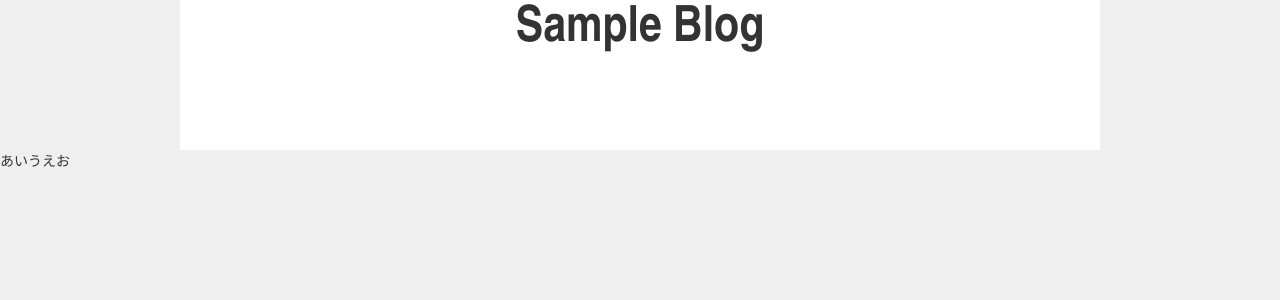
Repository: adahiroOno/front5
Page: html/ouyou/index.html
The author's editor kept a record of every edit. The page is drawn from the files as they stood at one moment, then again after the next edit.
The browser window is 1280 px wide. The pictures show the whole page.

Above is the page before.

After the next edit:
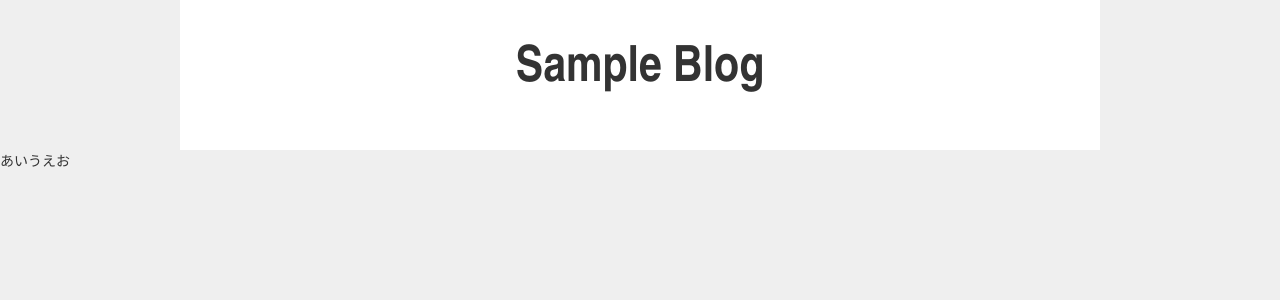
The edit:
--- a/html/ouyou/style.css
+++ b/html/ouyou/style.css
@@ -15,9 +15,8 @@
 
 .header-title-area {
   /* https://developer.mozilla.org/ja/docs/Web/CSS/CSS_Flexible_Box_Layout/Aligning_Items_in_a_Flex_Container */
-  display: iflex;
-  justify-content: center
-  display: table-cell;; /* アイテムを左右中央に寄せる */
+  display: flex;
+  justify-content: center; /* アイテムを左右中央に寄せる */
   align-items: center; /* アイテムを上下中央にまとめる */
   text-align: center;
   background-color: #fff;
